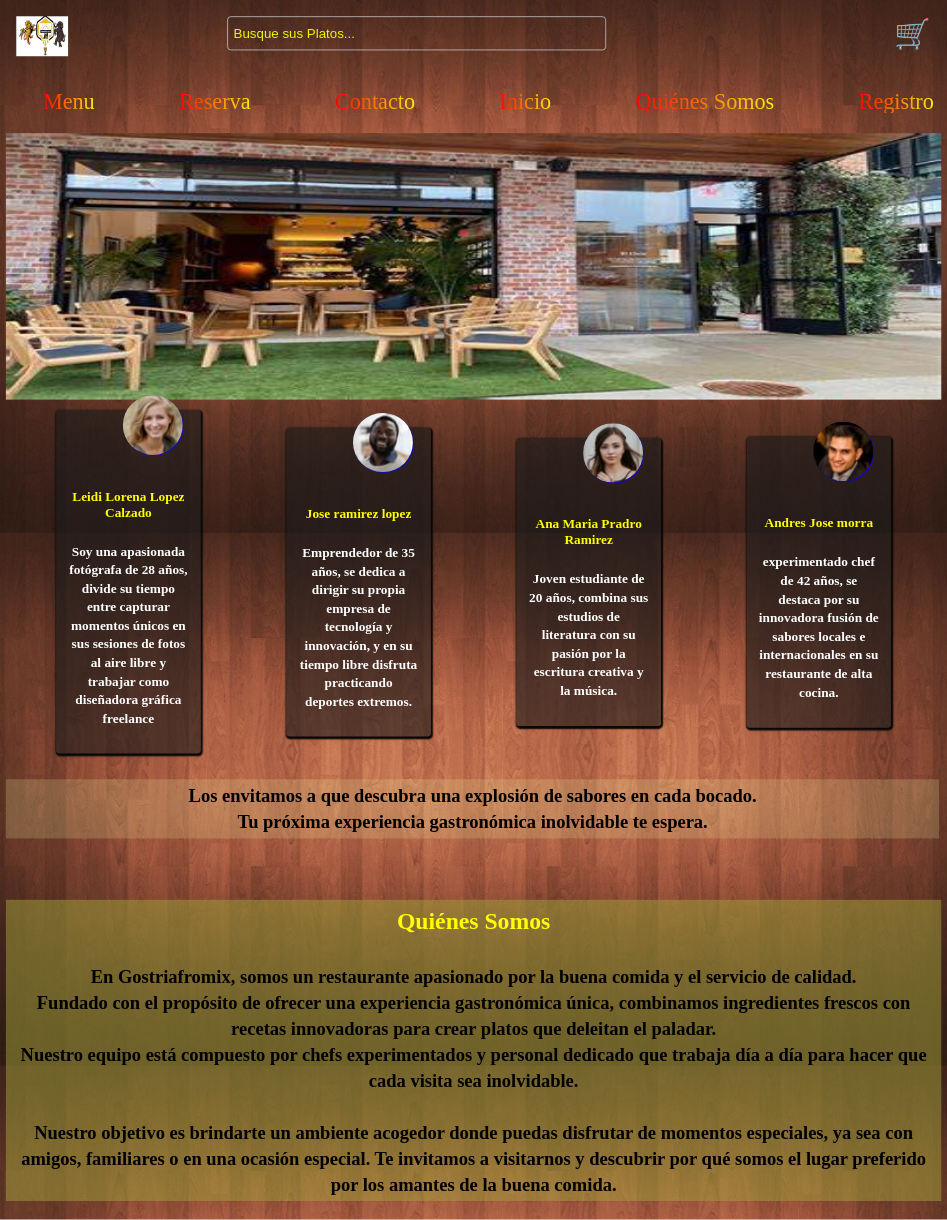
Repository: ye909/app_restaurante
Page: index.html
The author's editor kept a copy of each file at every save. The page is drawn from the files as they stood at one save, then again after the next save.
The browser window is 1280 px wide. The pictures show the whole page, at 74% of full size.
Backgrounds fixed to the window are drawn as part of the page.

Above is the page before, as saved 2025-01-12 08:57:27.
Console error: ReferenceError: menuItems is not defined

### index.html
<!DOCTYPE html>
<html lang="en">

<head>
  <meta charset="UTF-8">
  <meta name="viewport" content="width=device-width, initial-scale=1.0">
  <title>Document</title>
  <link rel="Icon" href="./public/imagen/letra.ico">
  <link rel="stylesheet" href="/css/menu_principal.css">
  <link rel="stylesheet" href="/css/footer.css">
  <link rel="stylesheet" href="/css/heder.css">
  <link rel="stylesheet" href="/css/modal_card.css">
  <link rel="stylesheet" href="/css/stilo.css">
  <link rel="stylesheet" href="/css/menu_navegacion.css">
  <link rel="stylesheet" href="/css/reservar.css">

</head>

<body>
  <header>
    <div class="container_header_card">
      <div class="imagen"><img src="/public/imagen/login.gif" alt=""></div>

      <input type="text" id="buscar" class="buscar" placeholder="Busque sus Platos...">
      <ul id="productList" class="productList"></ul>

      <div id="cart-btn" class="shopping">🛒</div>

  </header>



  <h1 class="bienvenida" id="bienvenida">BIENVENIDOS/A</h1>
  <nav>
    <ul>
      <li id="menu-btn"><a href="#">Menu</a></li>

      <li><a href="./maquetacion/templei/reserva.html" target="_self">Reserva</a></li>
      <li><a href="#contacto">Contacto</a></li>
      <li><a href="./public/templeis/login.html" target="_self">Inicio</a></li>
      <li><a href="#somos">Quiénes Somos</a></li>
      <li><a href="./public/templeis/registro.html" target="_self">Registro</a> </li>
    </ul>
  </nav>
 <img src="./public/imagen/rrstaurante1.jpg" alt="" class="imgRestaurante" id="imgRestaurante">

  <main id="menu-view" class="menu-view">
    <div class="filter-buttons">
      <button class="filter" data-region="Todos">Todos</button>
      <button class="filter" data-region="Latinoamérica">Latinoamérica</button>
      <button class="filter" data-region="Centroamérica">Centroamérica</button>
      <button class="filter" data-region="Suramérica">Suramérica</button>
    </div>
    <div id="menu-items" class="menu-items"></div>

    <audio id="clickSound" src="./public/imagen/audio/mouse_btn3.mp3"></audio>
  </main>


  <main id="cart-view" class="cart-view">
    <h2 class="carro">Carrito de Compras</h2>
    <div id="cart-items" class="cart-items"></div>
    <div class="cart-total">
      <p>Total: <span id="cart-total">$0.00</span></p>
      <button id="back-to-menu">Volver al Menú</button>
      <button id="Domicilio"> <a href="./maquetacion/templei/domicilio.html"  target="_self">Domicilio</a></button>

    </div>
  </main>

  <div class="container_card_persona">

    <article class="container_persona">
      <img src="./public/imagen/mona.jpg" alt=""><br><br>
      <h3>Leidi Lorena Lopez Calzado</h3>
      <p>Soy una apasionada fotógrafa de 28 años,
         divide su tiempo entre capturar momentos
         únicos en sus sesiones de fotos al aire libre
         y trabajar como diseñadora gráfica freelance </p>
    </article>

    <article class="container_persona">
      <img src="./public/imagen/afro.jpg" alt=""><br><br>
      <h3>Jose ramirez lopez</h3>
      <p>Emprendedor de 35 años,
         se dedica a dirigir su propia empresa de
         tecnología y innovación, y en su tiempo libre
          disfruta practicando deportes extremos.
        </p>
    </article>


    <article class="container_persona">
      <img src="./public/imagen/indigena.jpg" alt=""><br><br>
      <h3>Ana Maria Pradro Ramirez</h3>
      <p>Joven estudiante
         de 20 años, combina sus estudios de
          literatura con su pasión
        por la escritura creativa y la música.</p>
    </article>

    <article class="container_persona">
      <img src="./public/imagen/mestizo.jpg" alt=""><br><br>
      <h3>Andres Jose morra</h3>
      <p>experimentado chef de 42 años,
        se destaca por su innovadora fusión
        de sabores locales e internacionales
        en su restaurante de alta cocina.</p>
    </article>


  </div>
  <p class="text_invitacion"> Los envitamos a que descubra una explosión de sabores en cada bocado. <br>
    Tu próxima experiencia gastronómica inolvidable te espera.
  </p>
  <br> <br>

  <div class="quienes_somos" id="somos">
    <h1 class="titu_quienson">Quiénes Somos</h1>
    <p>En <strong>Gostriafromix</strong>, somos un restaurante apasionado por la buena comida y el servicio de calidad.
      <br>
      Fundado con el propósito de ofrecer una experiencia gastronómica única, combinamos ingredientes frescos con
      recetas innovadoras para crear platos que deleitan el paladar. <br>
      Nuestro equipo está compuesto por chefs experimentados y personal dedicado que trabaja día a día para hacer que
      cada visita sea inolvidable.
    </p>
    <p>Nuestro objetivo es brindarte un ambiente acogedor donde puedas disfrutar de momentos especiales, ya sea con
      amigos, familiares o en una ocasión especial. Te invitamos a
      visitarnos y descubrir por qué somos el lugar preferido por los amantes de la buena comida.</p>
  </div>

  <!--

  <footer>
    <div class="conataine_footer">
      <div>
        <h4>Servicio al ciudadano</h4>
        <p><span>L</span>ínea directa <br> <br> (601) 2773555</p>
        <p id="domicilio"><span>S</span>ervicios ha domicilio<br> <br>328866178 <br><br>Dirreccion calle 12# 43-23 sur
        </p>

      </div>

      <div>
        <h4>Lineas de atencion</h4>
        <p><span>E</span>n Bogotá, <br> desde fijo o celular, al <br><br>
          (601) 307 70 51 <br><br>
          01 8000 930100 <br><br>
          <span>D</span>esde celular marca <br><br>
          #961
        </p>
      </div>
      <div>
        <h4>Redes</h4>
        <div><a href=""><i class="fa-brands fa-facebook"> </i></a> Facebook</div>
        <div><a href=""><i class="fa-brands fa-twitter"></i></a>Twitter</div>
        <div><a href=""><i class="fa-brands fa-linkedin"></i> </a>Linkedin</div>
        <div><a href=""><i class="fa-brands fa-instagram"></i></a> Instagram</div>
      </div>
      <div>
        <h4 id="contacto">Contacto</h4>
        <p><span>D</span>irección Nacional<br><br>
          <span>C</span>arrera 85K No. 46A-66<br><br>
          <span>b</span>ogotá D.C., Colombia<br><br>
          <span>T</span>eléfono administrativo<br><br>
          (60)1 419 3000
        </p>
      </div>

      <div>
        <h4> Canales de atención</h4>
        <p><a href="#">Preguntas frecuentes</p></a><br>
        <p><a href="#">Escríbe tu PQRS</p></a><br>
        <p><a href="#">Nuestras sedes</p></a>
      </div>
    </div>
  </footer>
  <div class="container_final">2024 Bogota Colombia D.C</div> -->


  <script src="./js/script.js"></script>
  <script src="./js/productos.js"></script>
  <script src="./js/dinamico.js"></script>
</body>

</html>

### css/menu_principal.css
:scope{
    padding: 0%;
    margin: 0%;
    overflow: scroll;
}

html {
    scroll-behavior: smooth;
    background-image: url(../public/imagen/janos.jpg);
    background-repeat: no-repeat;
    background-size: cover;
    background-attachment: fixed;
    background-size: 100% 100%;
    height: auto;
  }
  .container_card_persona {
    display: flex;
    justify-content: space-around;
    align-items: center;
    flex-direction: row;
    flex-wrap: wrap;
    padding: 10px;
  }
  .container_persona {
    width: 14%;
    background: rgba(26, 25, 25, 0.6);
    border-radius: 4px;
    color: white;
    padding: 10px;
    height: auto;
    box-shadow: rgb(8, 8, 8) 1px 2px 2px 2px;
  }
  .container_persona img {
    object-fit: cover;
    width: 46%;
    margin-left: 80px;
    margin-top: -30px;
    border-radius: 80px;
    box-shadow: rgb(8, 4, 247) 1px 1px 1px;
  }
  .container_persona p,h3 {
    padding: 6px;
    font-size: 18px;
    text-align: center;
  }
  h3 ,.titu_quienson{
    color: yellow;
  }
  .text_invitacion {
    font-size: 25px;
    line-height: 1.4;
    width: 99%;
    text-align: center;
    background: rgba(232, 232, 157, 0.2);
  }
/*









  .quienes-somos {
    width: 100%;
    text-align: center;
    background: rgba(232, 232, 157, 0.4);
  }
  .quienes-somos p {
    font-size: 30px;
    line-height: 1.4;
  }


   */

### css/footer.css
.conataine_footer {
  display: flex;
  justify-content: space-between;
  flex-direction: row;
  flex-wrap: wrap;
  margin: 10px;
}

p {

  padding: 5px;
  font-size: 20px;
  font-weight: bold;
}
span {
  font-size: 25px;
}
.quienes_somos {
  background:rgba(161, 161, 59, 0.5);
}
.quienes_somos p{
  text-align: center;
font-size: 25px;
}
:is(.container_final) {
  display: flex;
  justify-content: center;
  align-items: center;
}

h4 {
  color: blue;
  font-size: 30px;
}
:is(.container_final, h4, i) {
  padding: 10px;
}
.container_final {
  background: rgba(12, 12, 12, 0.2);
  color: white;
}
.fa-facebook {
  color: rgb(5, 5, 253);
}
.fa-twitter {
  color: rgb(8, 123, 245);
}
.fa-linkedin {
  color: rgb(71, 71, 155);
}
.fa-instagram {
  color: rgb(243, 17, 17);
}
a {
  cursor: pointer;

}
footer a {
  font-size: 20px;
  color: white;
}
footer {
  background: rgba(10, 10, 10, 0.6);
  color: white;
}

### css/heder.css
.container_header_card{
    display: flex;
    justify-content: space-between;
    justify-items: center;
    flex-direction: row;
    flex-wrap: wrap;
    padding: 14px;
    }

 .productList {
     list-style-type: none;
     padding: 0;
 }

 .productList li {
     padding: 10px;
     border-bottom: 1px solid #ccc;
 }

 .productList li:last-child {
     border-bottom: none;
 }

  .container_header_card img{
    width: 70px;
}
  .shopping{
    font-size: 40px;
cursor: pointer;
}
.buscar::placeholder{
    color:rgb(232, 248, 3);
    font-size: 18px;
}

.buscar {
    width: 40%;
    height: 3.9vh;
    background:transparent;
    color:white;
    font-size: 18px;
    border-radius: 5px;
    margin-left: 20px;
}
:is(.bienvenida,
 .buscar){
     padding: 8px;
 }
 .bienvenida{
    background-image:linear-gradient(to left, rgb(4, 151, 4), rgb(248, 244, 7),  red,rgb(14, 14, 240));
    -webkit-text-fill-color:transparent;
    -webkit-background-clip: text;
    background-clip: text;
    text-align: center;


}

### css/modal_card.css
t-items{
     display: none;
}
.menu-items{
  width: 100%;
  height: 100%;
  background: rgba(12, 12, 12, 0.7);
  position: absolute;
}
.card {
display: inline-block;
justify-content: space-between;
flex-direction: row;
flex-wrap: wrap;
margin: 20px;

}
.card {
  width: 15%;
  height: 20vh;
  padding: 10px;
  background: rgba(0, 0, 0, 0.4);
  border-radius: 10px;
  box-shadow: rgb(8, 4, 247) 1px 1px 1px 3px ;
}
h1{
  text-align: center;
  padding: 10px;

}
.carro{
  color:yellow;
}
.card img {
  width: 100%;
  height: 150px;
  object-fit: cover;
  border-radius: 5px;
}
.cart-view,.menu-view{
  display: none;
}


.cart-total {
  text-align: right;
  margin: 20px;
}


.cart-total{
  font-size: 20px;
  color:blue;
}
button {
  width: 270px;
  padding: 10px;

  /* margin: 10px;
  transition: background-color 0.3s ease, transform 0.2s ease;
  border-radius: 20px ;
  background: rgba(247, 247, 248, 0.568) ;
  color: blue;
  font-size: 20px; */
}
/* button:hover {
  border: none;
  background: #0606f8fd;
  color: black;
  box-shadow: rgb(7, 71, 236) 2px 2px 2px, rgb(7, 71, 236) 2px 2px 2px,
    rgb(7, 71, 236) 2px 2px 2px, rgb(7, 71, 236) 2px 2px 2px;
}
     .card button {
  margin-top: 10px;
  background-color: #007bff;
  color: white;
  border: none;
  padding: 10px;
  border-radius: 5px;
  cursor: pointer;
}

.card button:hover {
  background-color: #0056b3;
} */

### css/stilo.css


/*

    .filter-buttons {
      margin: 20px;
      text-align: center;
    }

    .filter {
      margin: 5px;
      padding: 10px 15px;
      background-color: #007bff;
      color: white;
      border: none;
      cursor: pointer;
      border-radius: 5px;
    }

    .filter:hover {
      background-color: #0056b3;
    }
    .menu-items,.cart-view{
      display: flex;
      justify-content: space-between;
      justify-content: center;
      flex-direction: row;
      flex-wrap: wrap;
      gap: 20px;
    }
     */

### css/menu_navegacion.css


ul{
display: flex;
justify-content: space-between;
text-align: center;
flex-direction: row;
flex-wrap: wrap;
}
li{
    font-size: 30px;
    list-style: none;
margin: 10px;

}
.imgRestaurante {
    width: 100%;
    height: 50vh;

  }
a{

    list-style: none;
    text-decoration: none;
    color: blue;
}
li:hover{
    transition: 1s ease , transform 1s ease;
    border-bottom: 2px solid yellow;


}
nav a{
    background-image:linear-gradient(to left, rgb(248, 244, 7),  red);
    -webkit-text-fill-color:transparent;
    -webkit-background-clip: text;
    background-clip: text;
    text-align: center;
}

### css/reservar.css

html {
    scroll-behavior: smooth;
    background-image: url(../public/imagen/fondo_card.jpg);
    background-repeat: no-repeat;
    background-size: cover;
    background-attachment: fixed;
    background-size: 100% 100%;
    height: auto;
  }
.container {
    max-width: 450px;
    margin: 100px 700px;
    background:rgba(14, 13, 13,0.3);
    box-shadow: rgb(7, 71, 236)  1px 1px 1px 2px,rgb(7, 71, 236) 1px  1px 1px 2px;
    padding: 20px;
    border-radius: 8px;

}
.form{
  padding: 10px;
  margin-left: 30px;
}
.title {
    text-align: center;
    font-size: 30px;
    margin-bottom: 20px;
  }

  .form-group {
    margin-bottom: 15px;
  }


  label {
    display: block;
    margin-bottom: 5px;
    font-weight: bold;
    font-size: 25px;
  }
  ::placeholder{
    font-size: 20px;
  }
  input:focus{

  outline: 1px solid #007BFF;
  background:transparent;
  color:white;
  }
  input, textarea {
    width: 80%;
    padding: 10px;
    border: 1px solid #ccc;
    border-radius: 4px;
  }
  #hora{
    width: 60%;
  }

  .inline-group {
    display: flex;
    gap: 15px;
  }

  .inline-group > div {
    flex: 1;
  }

  textarea {
    resize: vertical;
  }

.submit-button {
  width: 86%;
  padding: 10px;
  background-color: #007BFF;
  color: white;
  border: none;
  border-radius: 4px;
  font-size: 16px;
  cursor: pointer;
}

.submit-button:hover {
  background-color: #0056b3;
}

/*crear la animacion donde el mensaje salga de ariba asta el centro de la panta */

.container_modal_reserva{
  transition: 2s;
  max-width: 450px;
  margin: 100px 700px;
  background:rgba(14, 13, 13,0.3);
  box-shadow: rgb(7, 71, 236)  1px 1px 1px 2px,rgb(7, 71, 236) 1px  1px 1px 2px;
  padding: 20px;
  border-radius: 8px;
 opacity: 0;

}
h1 {
  color: #007bff;
  text-align: center;
}
p {
  line-height: 1.4;
  font-size: 24px;
}
.mensaje{
  text-align: center;
  font-weight: bolder;
}
.validar_nombre{
    font-size: 30px;
    color: white;
}

### js/script.js

  let cart = [];
  let selectedRegion = "Todos";

  const menuView = document.getElementById("menu-view");
  const cartView = document.getElementById("cart-view");
  const menuItemsContainer = document.getElementById("menu-items");
  const cartItemsContainer = document.getElementById("cart-items");
  const cartTotal = document.getElementById("cart-total");

  document.querySelectorAll(".filter").forEach(button => {
    button.addEventListener("click", () => {
      selectedRegion = button.getAttribute("data-region");
      renderMenu();
    });
  });

  document.getElementById("menu-btn").addEventListener("click", () => {

    menuView.style.display = "block";
    cartView.style.display = "none";
    const  imgRestaurante = document.getElementById("imgRestaurante").remove()
  });

  document.getElementById("cart-btn").addEventListener("click", () => {
    menuView.style.display = "none";
    cartView.style.display = "block";
    renderCart();
  });

  document.getElementById("back-to-menu").addEventListener("click", () => {
    menuView.style.display = "block";
    cartView.style.display = "none";
  });

  function renderMenu() {
    menuItemsContainer.innerHTML = "";
    const filteredItems = selectedRegion === "Todos" ? menuItems : menuItems.filter(item => item.region === selectedRegion);
    filteredItems.forEach(item => {

      const card = document.createElement("div");
      card.className = "card";
      card.innerHTML = `
        <img src="${item.image}" alt="${item.name}">
        <h3>${item.name}</h3>
        <p>${item.description}</p>
        <p><strong>$${item.price.toFixed(2)}</strong></p>
        <button id="btnaudio" onclick="addToCart(${item.id})">Agregar</button>
      `;
      menuItemsContainer.appendChild(card);
    });
  }

  function renderCart() {
    cartItemsContainer.innerHTML = "";
    cart.forEach(item => {
      const cartItem = document.createElement("div");
      cartItem.className = "card";
      cartItem.innerHTML = `
        <h3>${item.name}</h3>
        <p>Cantidad: ${item.quantity}</p>
        <p><strong>$${(item.price * item.quantity).toFixed(2)}</strong></p>
      `;
      cartItemsContainer.appendChild(cartItem);
    });
    const total = cart.reduce((sum, item) => sum + item.price * item.quantity, 0);
    cartTotal.textContent = `$${total.toFixed(2)}`;
  }

  function addToCart(id) {
    const item = menuItems.find(item => item.id === id);
    const cartItem = cart.find(item => item.id === id);
    if (cartItem) {
      cartItem.quantity++;
    } else {
      cart.push({ ...item, quantity: 1 });
    }
  }

  renderMenu();

### js/dinamico.js



// audio de los botones
const playSound = function () {
  var audio = document.getElementById("clickSound");
  audio.play();
}

// texto de bienvenida

setTimeout(()=>{
    const bienvenida = document.getElementById("bienvenida").remove()
    bienvenida.style.transition=" background-color 0.3s ease, transform 0.7s ease; "
},3000)






// // Ejemplo de notificación (opcional)
// document.getElementById('btnboton_agregar').addEventListener('click', () => {
//     if (Notification.permission === 'granted') {
//         new Notification('¡Hola desde tu PWA!');
//     } else if (Notification.permission !== 'denied') {
//         Notification.requestPermission().then((permission) => {
//             if (permission === 'granted') {
//                 new Notification('¡Hola desde tu PWA!');
//             }
//         });
//     }
// });

Loaded but not shown: js/productos.js (101 lines, source omitted)

After the next save:
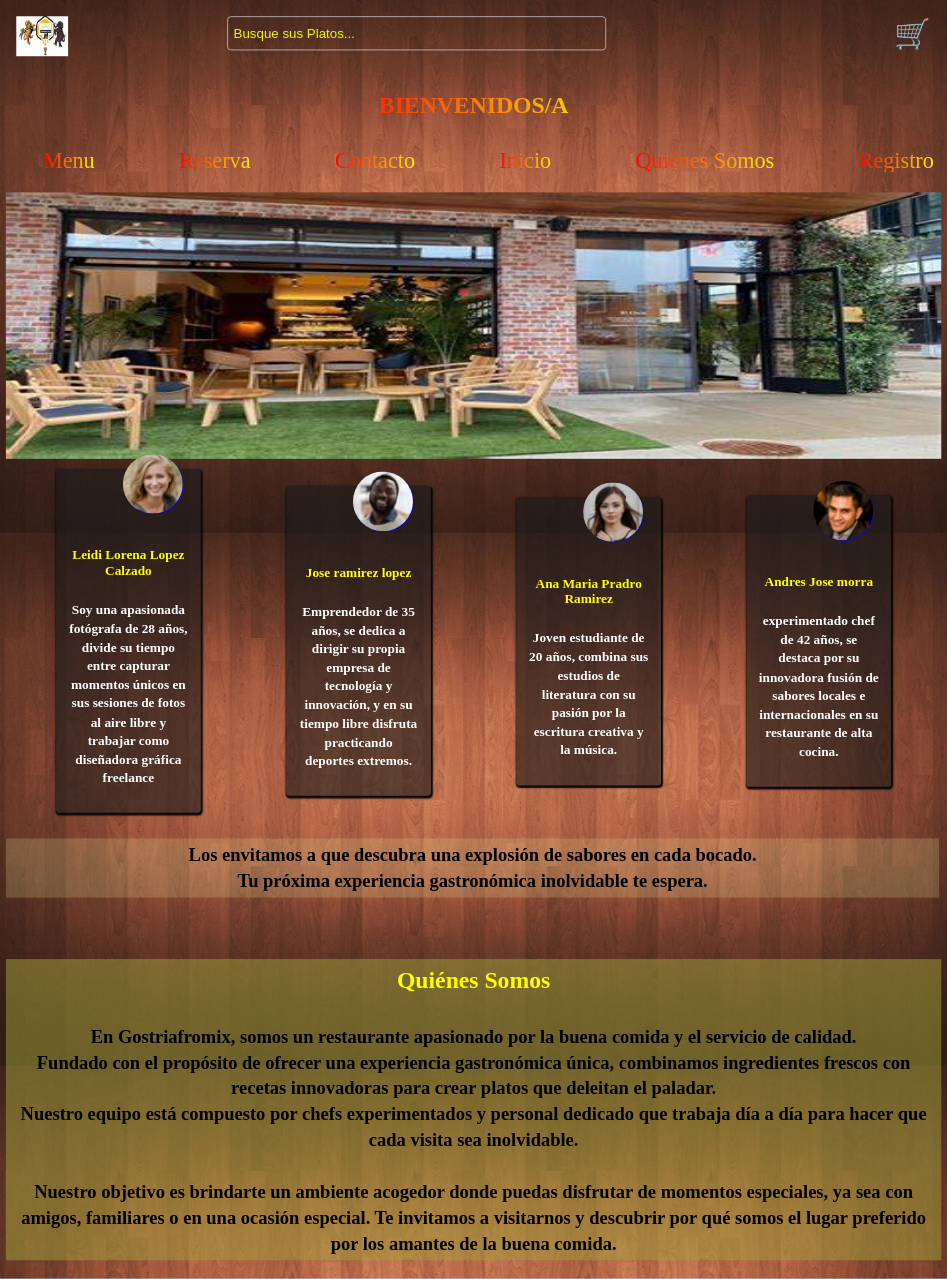
Saved 42 s later.
--- a/js/dinamico.js
+++ b/js/dinamico.js
@@ -2,6 +2,7 @@
 
 
 // audio de los botones
+const btnaudio = document.getElementById("btnaudio").addEventListener("click",playSound)
 const playSound = function () {
   var audio = document.getElementById("clickSound");
   audio.play();

After the 2 saves that followed:
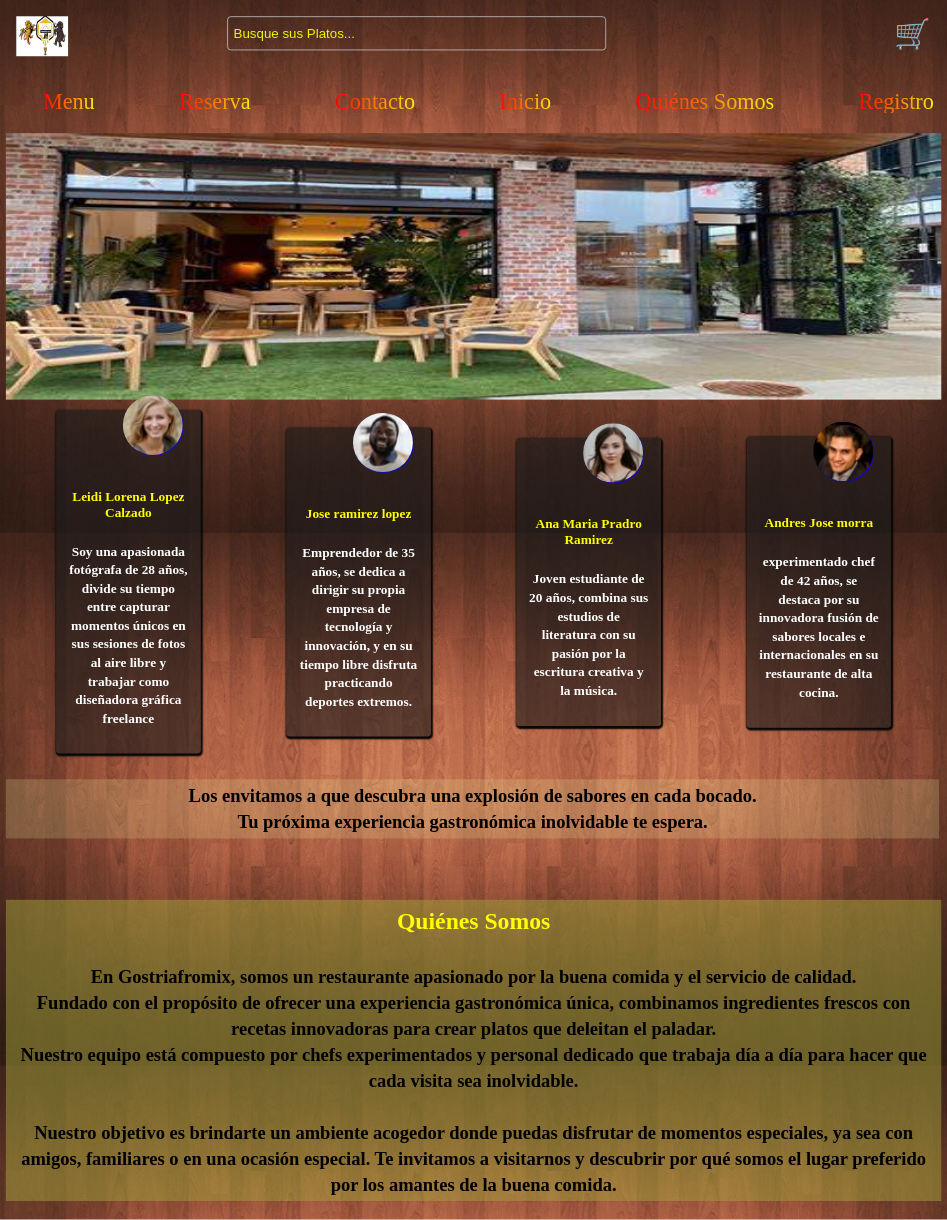
The 2 saves are shown as one change because 1 left the picture as it was.
The last was saved 110 s later.
--- a/js/dinamico.js
+++ b/js/dinamico.js
@@ -2,12 +2,11 @@
 
 
 // audio de los botones
-const btnaudio = document.getElementById("btnaudio").addEventListener("click",playSound)
 const playSound = function () {
   var audio = document.getElementById("clickSound");
   audio.play();
 }
-
+playSound()
 // texto de bienvenida
 
 setTimeout(()=>{
